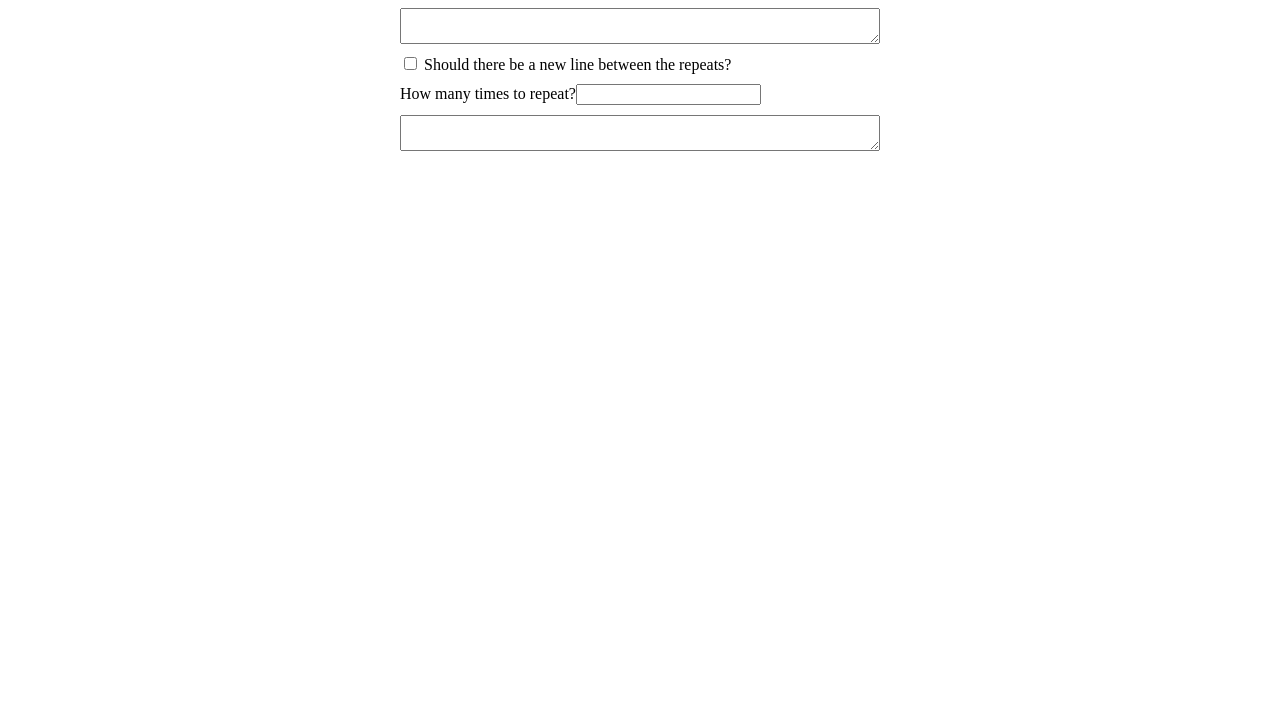
Repository: klothius/Online-string-repeater-with-numbers
Page: index.html
These files come from the project's save history. The page is drawn as it stood at one moment and after the next save; the edit follows.
The browser window is 1280 px wide. The pictures show the whole page.

Above is the page before, as saved 2019-05-10 07:17:02.

After the next save:
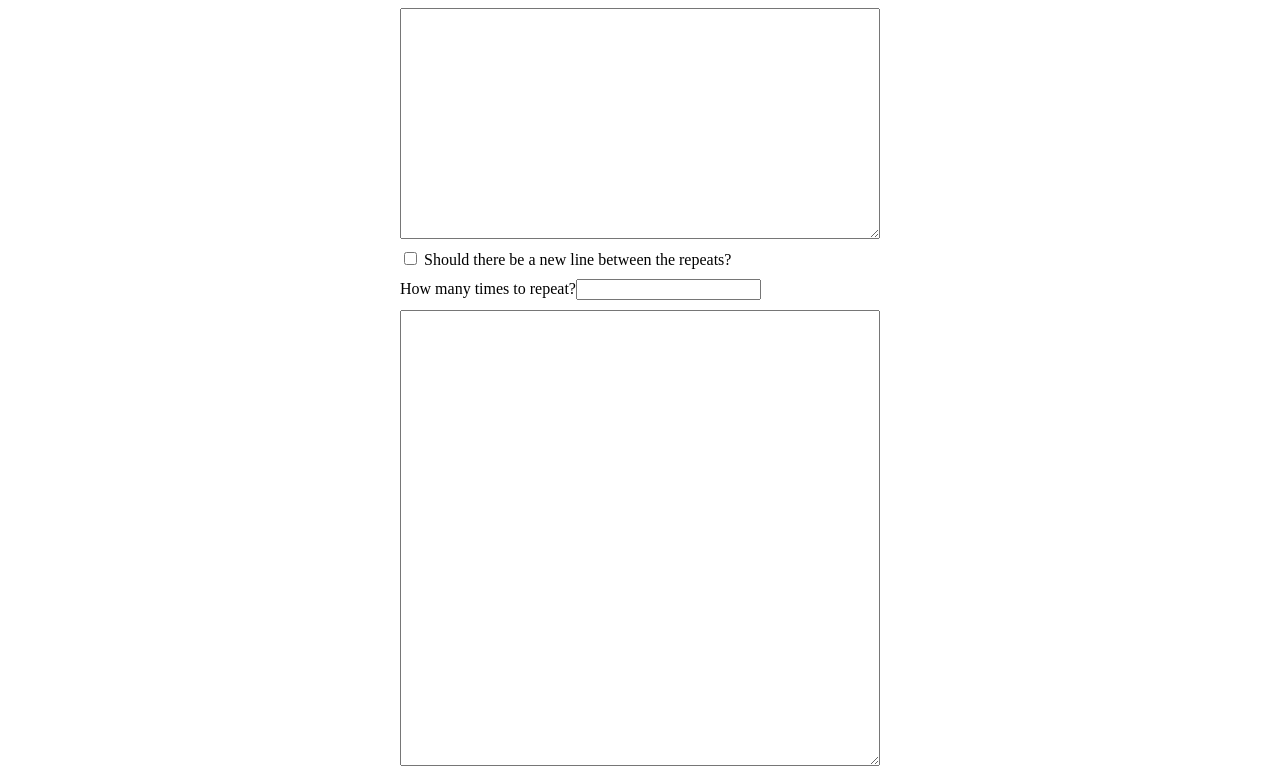
Saved 19 s later.
--- a/index.html
+++ b/index.html
@@ -1,11 +1,11 @@
 <div class="container">
-    <textarea class="input"></textarea>
+    <textarea rows="15" class="input"></textarea>
     <label>
       <input type="checkbox" class="add-newline">
       Should there be a new line between the repeats?
     </label>
     <label>How many times to repeat?<input type="text" class="repeat-number"></label>
-    <textarea class="output"></textarea>
+    <textarea rows="30" class="output"></textarea>
 </div>
 <script>
 function doWork () {
